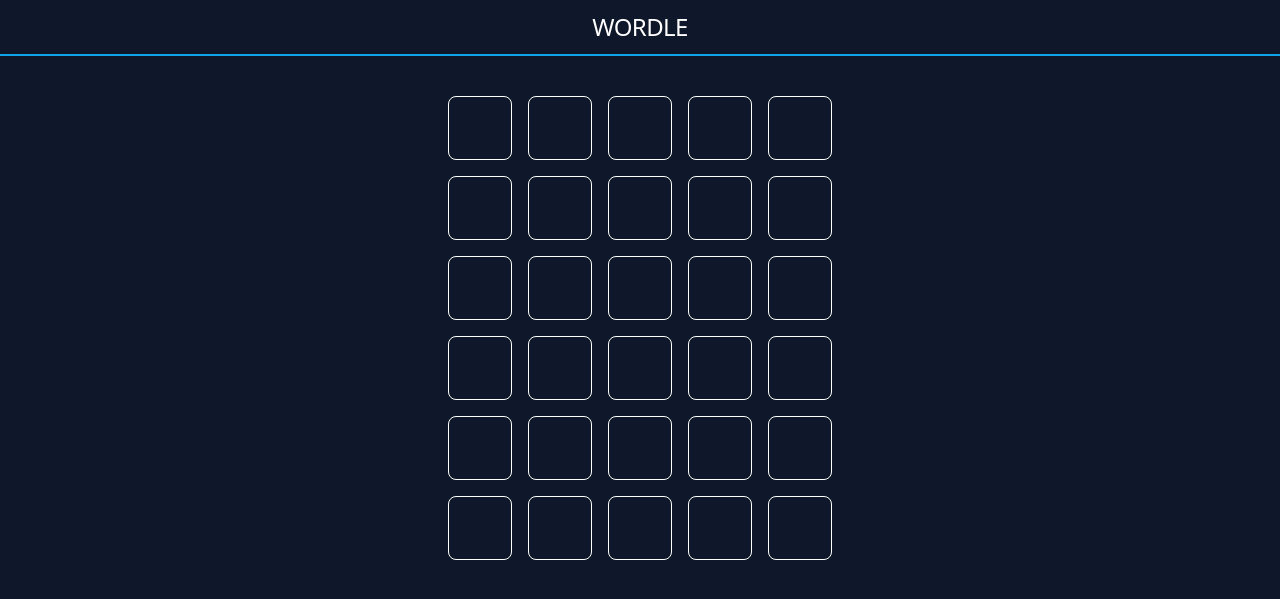
Repository: hjubsoni/basic-wordle-game
Page: / (app in client/)
The author's editor kept a copy of each file at every save. The page is drawn from the files as they stood at one save, then again after the next save.
The browser window is 1280 px wide. The pictures show the whole page.
The page's requests for data from a server got no answer. The project was rebuilt for these pictures with package versions that can differ from the ones it lists, and the page was loaded fresh each time. No one was signed in, and anything a server would have sent is missing. Also part of the build but not shown: client/vite.config.ts.

Above is the page before, as saved 2023-01-27 14:42:24.

After the next save:
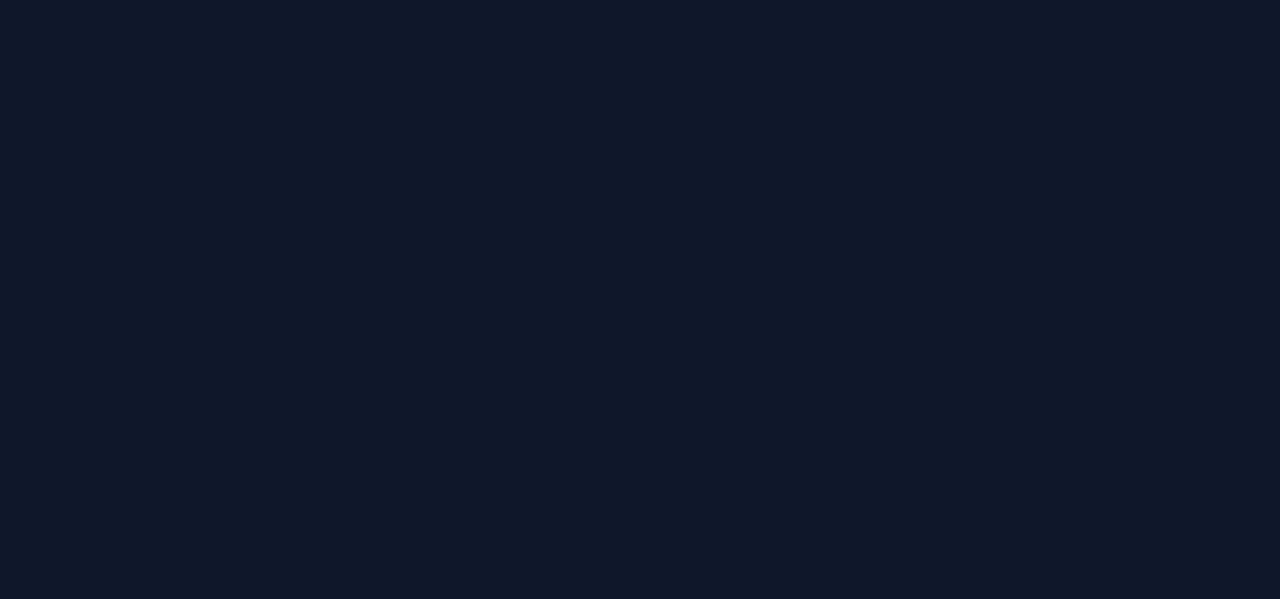
Console error: TypeError: Cannot read properties of undefined (reading '0')
Saved 3 min 5 s later.
--- a/client/src/components/Game/Game.tsx
+++ b/client/src/components/Game/Game.tsx
@@ -30,8 +30,8 @@
         {guessedWords.map((row, rowIdx) => {
           return (
             <Row key={rowIdx}>
-              {range(5).map((cellIdx) => (
-                <Cell key={cellIdx} letter={row[cellIdx]} />
+              {range(5).map((cell, cellIdx) => (
+                <Cell key={cellIdx} letter={row[rowIdx][cellIdx]} />
               ))}
             </Row>
           );

After the 2 saves that followed:
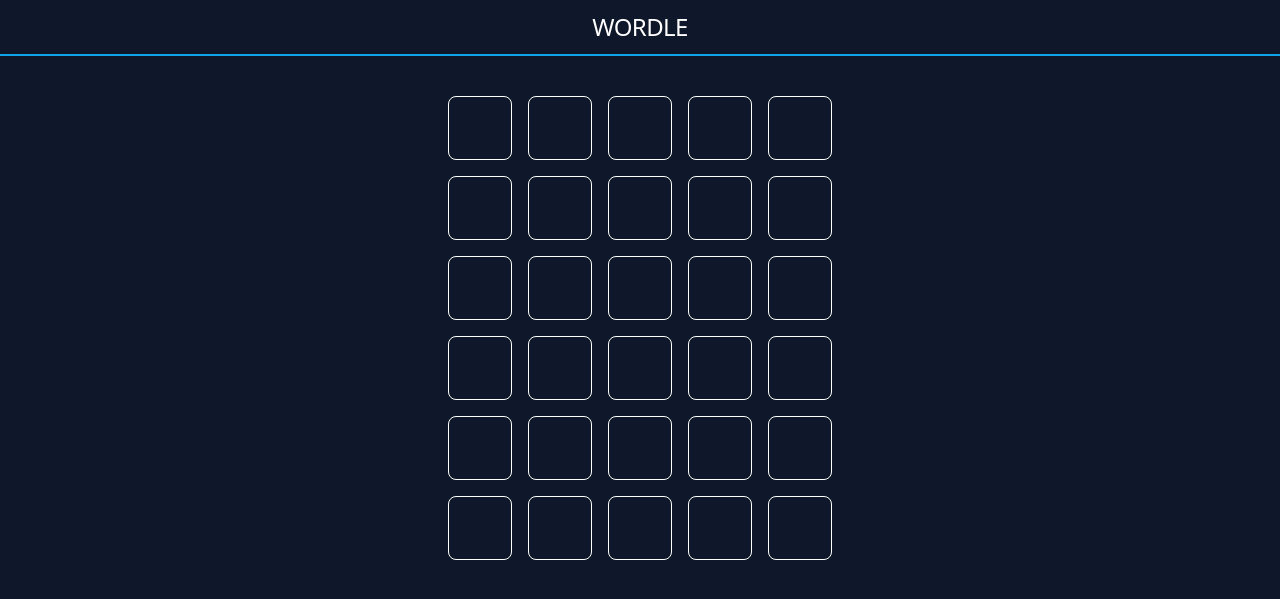
The error is gone.
The 2 saves are shown as one change because 1 left the picture as it was.
The last was saved 4 min 17 s later.
--- a/client/src/components/Game/Game.tsx
+++ b/client/src/components/Game/Game.tsx
@@ -30,8 +30,8 @@
         {guessedWords.map((row, rowIdx) => {
           return (
             <Row key={rowIdx}>
-              {range(5).map((cell, cellIdx) => (
-                <Cell key={cellIdx} letter={row[rowIdx][cellIdx]} />
+              {range(5).map((cellIdx) => (
+                <Cell key={cellIdx} letter={row[rowIdx]} />
               ))}
             </Row>
           );
